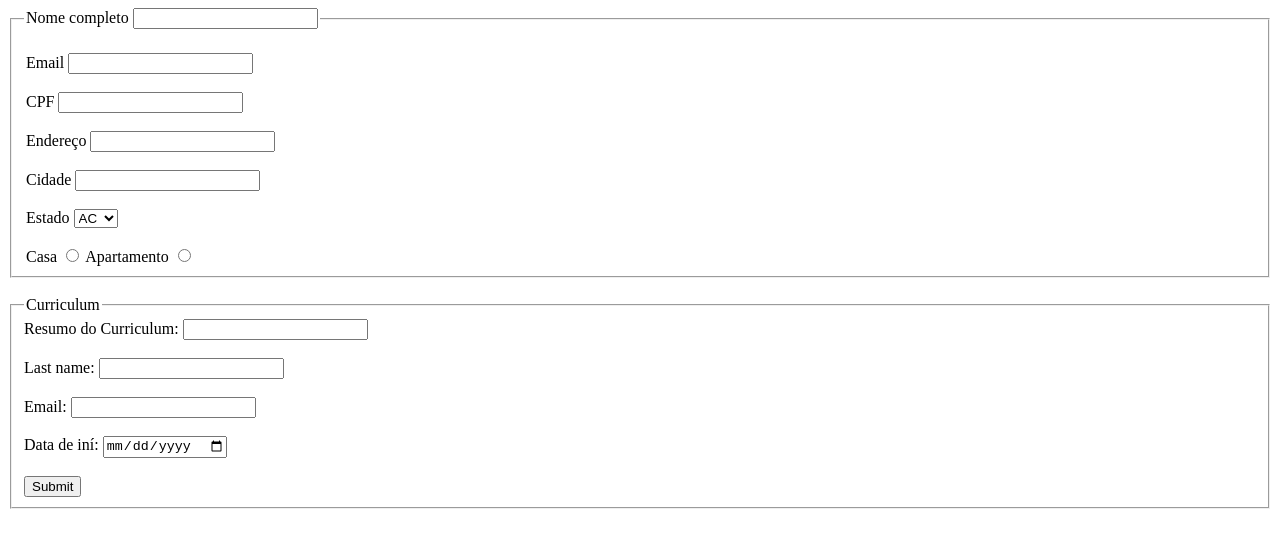
Repository: Parker9309/-trybe-exercises
Page: exercises/exercises-bloco6/html-e-css-forms-flexbox-e-responsivo_1/index.html
These files come from the project's save history. The page is drawn as it stood at one moment and after the next save; the edit follows.
The browser window is 1280 px wide. The pictures show the whole page.

Above is the page before, as saved 2021-03-16 19:42:14.

### exercises/exercises-bloco6/html-e-css-forms-flexbox-e-responsivo_1/index.html
<!DOCTYPE html>
<html lang="pt-br">
<head>
  <meta charset="UTF-8">
  <meta http-equiv="X-UA-Compatible" content="IE=edge">
  <meta name="viewport" content="width=device-width, initial-scale=1.0">
  <title>Document</title>
</head>
<body>
  <form>
    <div id="forms">
    <fieldset>
      <legend>
        <label form="nome"> Nome completo
          <input type = "text" name="nome" id="nome" maxlength="40" required>
        </label>
      </legend>

  <br>

    <legend>
      <label form="mail"> Email
        <input type = "text" name="nome" id="mail" maxlength="50" required>
      </label>
    </legend>

  <br>

    <legend>
      <label form="cpf"> CPF
        <input type = "text" name="nome" id="cpf" maxlength="11" required>
      </label>
    </legend>

<br>

  <legend>
    <label form="nome"> Endereço
      <input type = "text" name="nome" id="endereço" maxlength="200" required>
    </label>
  </legend>

<br>

  <legend>
    <label form="nome"> Cidade
      <input type = "text" name="nome" id="city" maxlength="28" required>
    </label>
  </legend>

<br>

  <legend>
    <label form="nome"> Estado
      <select name="nome" id="estados" required>
    </label>
  </legend>

<br>

  <legend>
    <label form="nome"> Estado
      <select name="nome" id="estados" required>
    </label>
  </legend>

<br>

  <legend>
      <label form="nome">Casa</label>
      <input type="radio" name="nome" id="Moradia" required>
      <label form="nome">Apartamento</label>
      <input type="radio" name="nome" id="Moradia" required>
  </legend>
</fieldset>
<br>
<fieldset>
  <legend>Curriculum</legend>
  <label for="fname">Resumo do Curriculum:</label>
  <input type="text" id="fname" name="fname"><br><br>
  <label for="lname">Last name:</label>
  <input type="text" id="lname" name="lname"><br><br>
  <label for="email">Email:</label>
  <input type="email" id="email" name="email"><br><br>
  <label for="birthday">Data de iní:</label>
  <input type="date" id="birthday" name="birthday"><br><br>
  <input type="submit" value="Submit">
</fieldset>
</div>
</form>
<script src = "script.js"></script>
</body>
</html>

### exercises/exercises-bloco6/html-e-css-forms-flexbox-e-responsivo_1/script.js
let opcoes = document.getElementById('estados');
function criarOpcoes() {
  let estadosBr = ['AC', 'AL', 'AP','AM', 'BA','CE', 'DF',
  'ES', 'GO', 'MA', 'MT', 'MS', 'MG', 'PA', 'PB', 'PR','PE', 'PI', 'RJ', 'RN', 'RS', 'RO', 'RR', 'SC', 'SP', 'SE', 'TO'];
  for (let stateIndex = 0; stateIndex < estadosBr.length; stateIndex += 1) {
    let opcao = document.createElement('option');
    opcao.value = estadosBr[stateIndex].toLowerCase();
    opcao.id = 'estados';
    opcao.innerHTML = estadosBr[stateIndex];
    opcoes.appendChild(opcao);
  }
}
criarOpcoes()

After the next save:
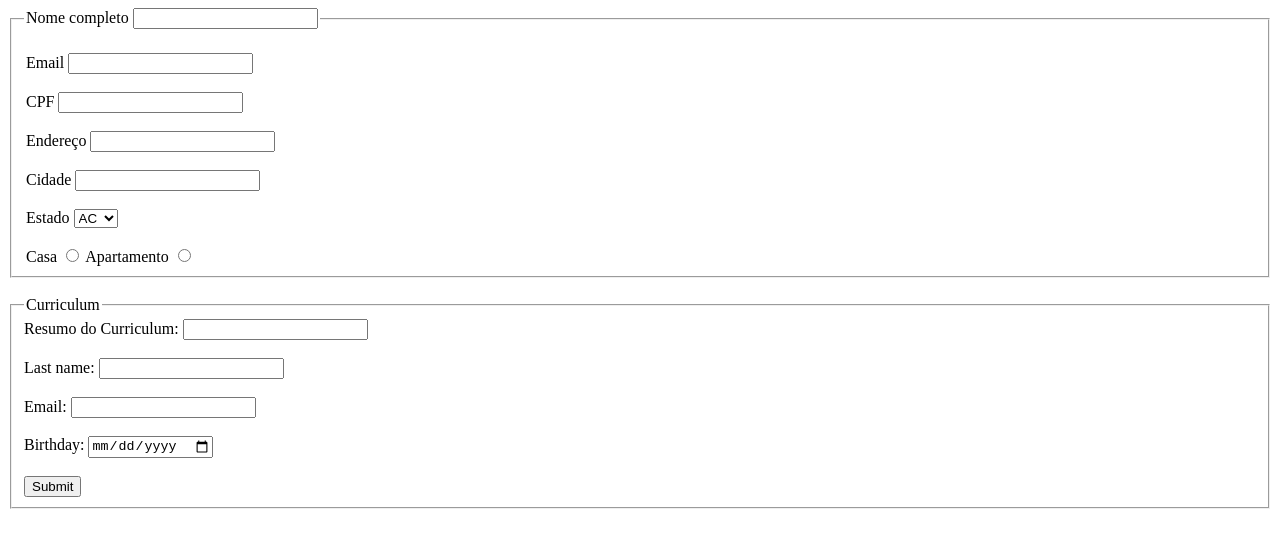
Saved 4 s later.
--- a/exercises/exercises-bloco6/html-e-css-forms-flexbox-e-responsivo_1/index.html
+++ b/exercises/exercises-bloco6/html-e-css-forms-flexbox-e-responsivo_1/index.html
@@ -82,7 +82,7 @@
   <input type="text" id="lname" name="lname"><br><br>
   <label for="email">Email:</label>
   <input type="email" id="email" name="email"><br><br>
-  <label for="birthday">Data de iní:</label>
+  <label for="birthday">Birthday:</label>
   <input type="date" id="birthday" name="birthday"><br><br>
   <input type="submit" value="Submit">
 </fieldset>
